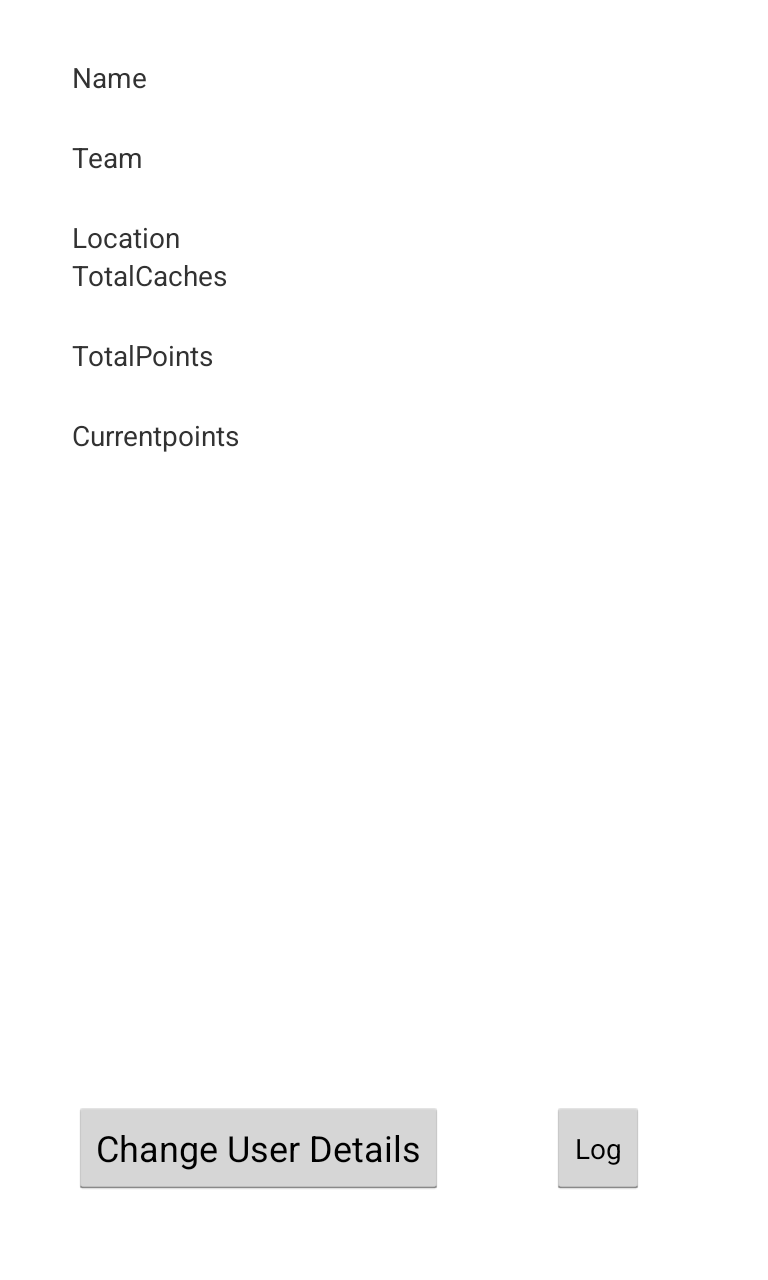
Repository: mpdehnel/seg
Layout: VectorOne/res/layout/activity_user.xml
An editor plug-in stored every save of this project. The layout is shown before and after the next save, followed by the edit.
It is drawn on a 768 x 1280 px phone screen (xhdpi) without system bars, with theme AppTheme; the app's code is not run.

Above is the layout before, as saved 2013-03-12 03:01:34.

After the next save:
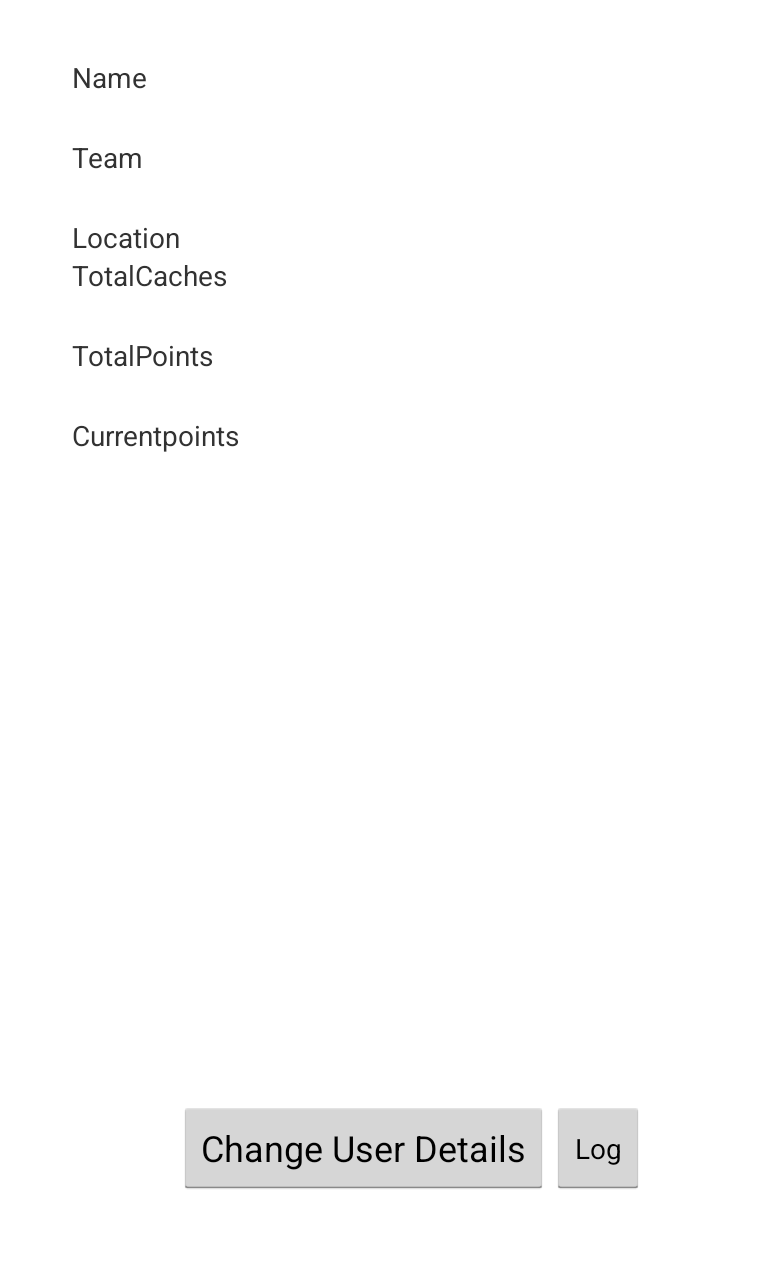
Saved 12 min 22 s later.
--- a/VectorOne/res/layout/activity_user.xml
+++ b/VectorOne/res/layout/activity_user.xml
@@ -68,8 +68,8 @@
         android:id="@+id/Change"
         android:layout_width="wrap_content"
         android:layout_height="wrap_content"
-        android:layout_alignLeft="@+id/currentpoints"
         android:layout_alignTop="@+id/log_button"
+        android:layout_toLeftOf="@+id/log_button"
         android:text="Change User Details" />
 
 </RelativeLayout>
